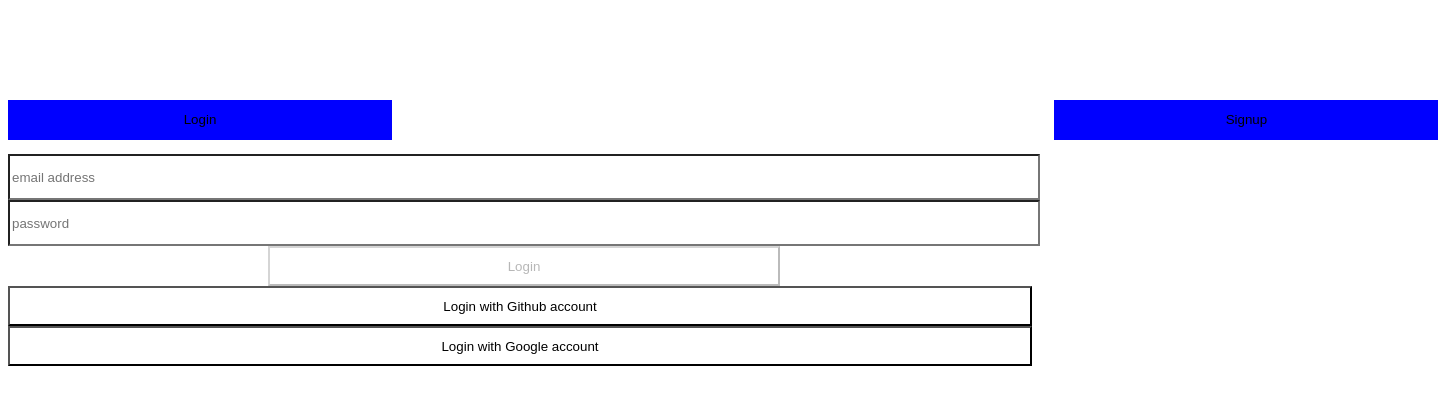
Repository: ValGrace/static-site-generator
Page: /home (app in client-frontend/)
These files come from the project's save history. The page is drawn as it stood at one moment and after the next save; the edit follows.
The browser window is 1280 px wide. The page is 1438 px wide, then 1280 px, so the pictures cover 1438 px, including what lies to the right of the window. The pictures show the whole page.
The project was rebuilt for these pictures with package versions that can differ from the ones it lists, and the page was loaded fresh each time. Also part of the build but not shown: client-frontend/vite.config.js, client-frontend/src/Components/Signup.jsx, client-frontend/src/App.css.

Above is the page before, as saved 2023-02-04 12:58:39.

### client-frontend/index.html
<!DOCTYPE html>
<html lang="en">
  <head>
    <meta charset="UTF-8" />
    <link rel="icon" type="image/svg+xml" href="/vite.svg" />
    <meta name="viewport" content="width=device-width, initial-scale=1.0" />
    <title>Static Site Generator</title>
  </head>
  <body>
    <div id="root"></div>
    <script type="module" src="/src/main.jsx"></script>
  </body>
</html>

### client-frontend/src/App.jsx
import Dashboard from './Pages/Dashboard'
import './App.css'

function App() {


  return (
    <div className="App">
      <Dashboard />
    </div>
  )
}

export default App

### client-frontend/src/index.css
:root {
  font-family: Inter, system-ui, Avenir, Helvetica, Arial, sans-serif;
  line-height: 1.5;
  font-weight: 400;

  color-scheme: light dark;
  color: rgba(255, 255, 255, 0.87);
  background-color: #ffffff;

  font-synthesis: none;
  text-rendering: optimizeLegibility;
  -webkit-font-smoothing: antialiased;
  -moz-osx-font-smoothing: grayscale;
  -webkit-text-size-adjust: 100%;
}

### client-frontend/src/Pages/Dashboard.jsx
import { useReducer} from 'react'
import Login from '../Components/Login'
import Signup from '../Components/Signup'

const initialState = {page : <Login />}
function reducer(state, action) {
    switch(action.type) {
        case 'loginpage':
          return { page: <Login />}
        case 'signuppage':
            return { page: <Signup />}
        default:
            return { page: <h2>Loading....</h2>}
    }
}
const Dashboard = () => {
    const [state, dispatch] = useReducer(reducer, initialState)
    return (
        <>
         <h2>Static Site Generator</h2>
         <div>Static site Image</div>
         <div>
            <div className='toggleForms'>
                <button onClick={() => dispatch({type: 'loginpage'})} className="type-btn">Login</button>
                <button onClick={() => dispatch({type: 'signuppage'})
                } className="type-btn">Signup</button>
            <div>{state.page}</div>
            </div>
            <button id="auth-btns">Login with Github account</button>
            <button id="auth-btns">Login with Google account</button>
         </div>
       </>
    )
}

export default Dashboard

### client-frontend/src/Components/Login.jsx
import { useRef, useState } from 'react'
import "./Inputs.css"
const Login = () => {
    const emailRef = useRef()
    const passwordRef = useRef()
    const [loading, setLoading] = useState(true)
    const LoginSession = () => {

    }
    return (
    <form onSubmit={LoginSession} className="signupForm">
        <input type='email' placeholder='email address' ref={emailRef} />
        <input type='password' placeholder='password' ref={passwordRef} />
        <button disabled={loading} type='submit' id='sign'>Login</button>
    </form>
    )
}

export default Login

### client-frontend/src/Components/Inputs.css
.signupForm {
   display: flex;
   flex-direction: column;
   justify-content: center;
   align-items: center;
}
input, button {
    width: 80vw;
    height: 3em;
    background-color: transparent;
}

#sign {
   width: 40vw;
}

.toggleForms {
    display: grid;
    grid-template-columns: auto auto;
    gap: 0.9em;
}

.type-btn {
    background-color: blue;
    border: none;
    width: 30vw;
}

Loaded but not shown: client-frontend/src/main.jsx (common file)

After the next save:
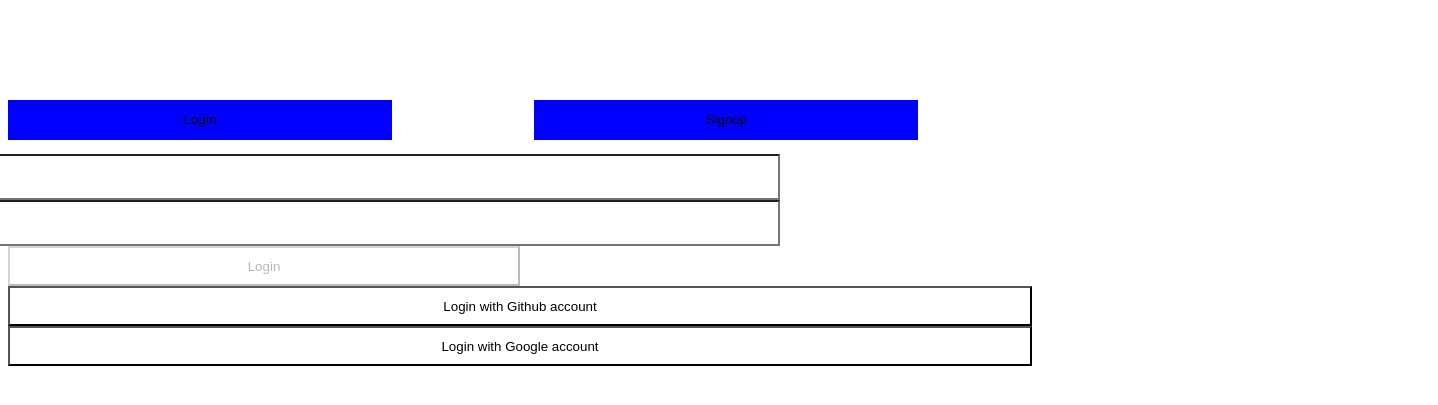
Saved 26 s later.
--- a/client-frontend/src/Components/Inputs.css
+++ b/client-frontend/src/Components/Inputs.css
@@ -16,7 +16,7 @@ input, button {
 
 .toggleForms {
     display: grid;
-    grid-template-columns: auto auto;
+    grid-template-columns: 40vw 40vw;
     gap: 0.9em;
 }
 
